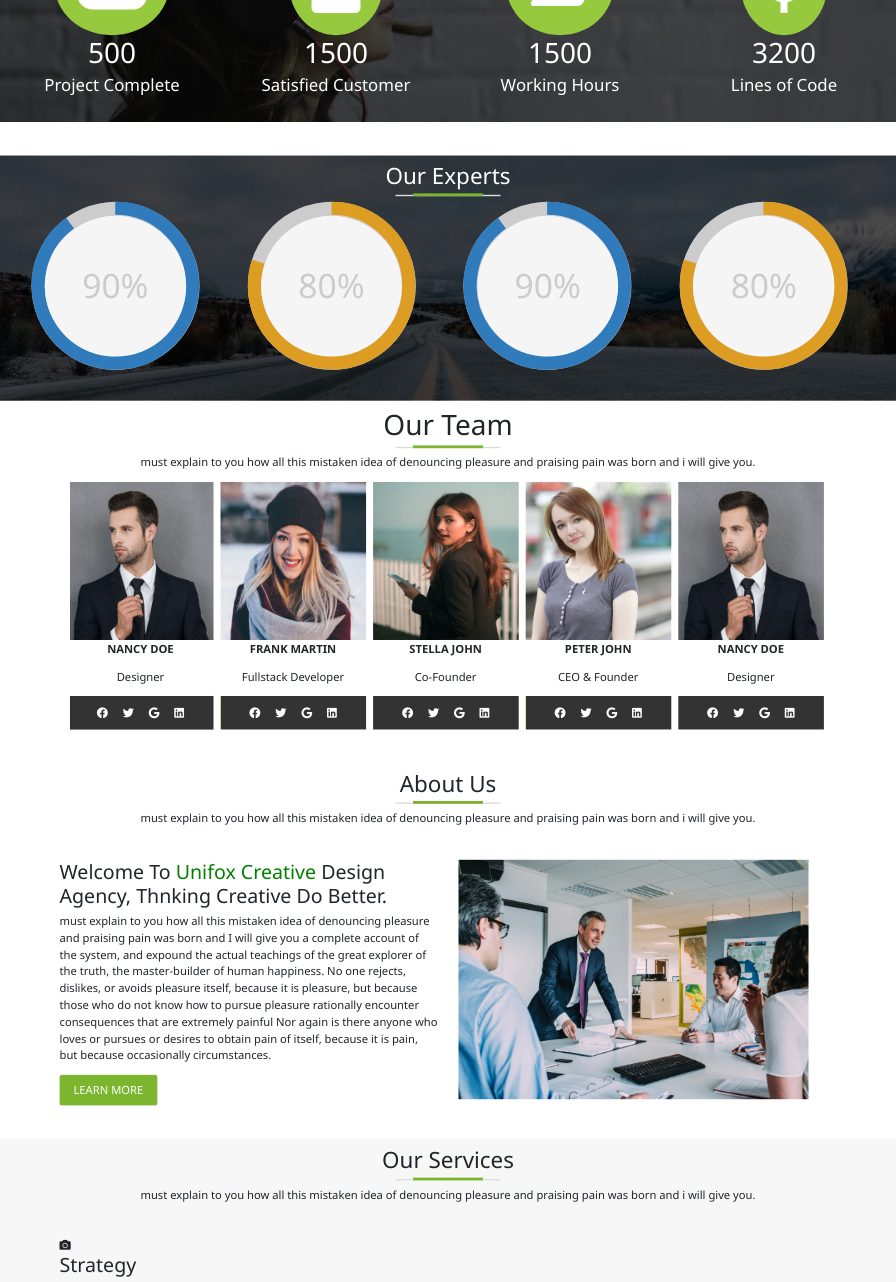
Repository: ibrkhalil/Uniforce-First-Attempt
Page: index.html
The author's editor kept a copy of each file at every save. The page is drawn from the files as they stood at one save, then again after the next save.
The browser window is 1280 px wide. The pictures show the part of the page from y = 845 to 2765 px (the page is 2677 px tall before and 2765 px after), at 70% of full size.
Backgrounds fixed to the window are drawn as part of the page.

Above is the page before, as saved 2021-01-24 02:42:04.

### index.html
<!DOCTYPE html>
<html lang="en">
  <head>
    <meta charset="UTF-8" />
    <link rel="stylesheet" href="./bootstrap.min.css" />
    <link rel="stylesheet" href="owl.carousel.css" />
    <link rel="preconnect" href="https://fonts.gstatic.com" />
    <link rel="stylesheet" href="./jquery-ui.css" />
    <link
      rel="stylesheet"
      href="https://use.fontawesome.com/releases/v5.15.2/css/all.css"
      integrity="sha384-vSIIfh2YWi9wW0r9iZe7RJPrKwp6bG+s9QZMoITbCckVJqGCCRhc+ccxNcdpHuYu"
      crossorigin="anonymous"
    />
    <link rel="stylesheet" href="./circle.css" />
    <link
      href="https://fonts.googleapis.com/css2?family=Open+Sans&display=swap"
      rel="stylesheet"
    />
    <link rel="stylesheet" href="style.css" />
    <meta name="viewport" content="width=device-width, initial-scale=1.0" />
    <title>Unifox</title>
  </head>

  <body>
    <div class="main-nav">
      <nav
        class="navbar navbar-expand-lg justify-content-around sticky-top navbar-fixed-top"
      >
        <!-- <div class="container"> -->
        <a class="navbar-brand" href="#"><h3 class="unifox">UNIFOX</h3></a>
        <button
          class="navbar-toggler"
          type="button"
          data-toggle="collapse"
          data-target="#navbarSupportedContent"
          aria-controls="navbarSupportedContent"
          aria-expanded="false"
          aria-label="Toggle navigation"
        >
          <span class="fa fa-bars fa-3x"></span>
        </button>
        <div class="">
          <div class="nav-items">
            <div class="collapse navbar-collapse" id="navbarSupportedContent">
              <ul class="navbar-nav mr-auto">
                <li class="item">
                  <a class="nav-link active" href="#">HOME</a>
                </li>
                <li class="nav-item"><a class="nav-link" href="#">ABOUT</a></li>
                <li class="nav-item">
                  <a class="nav-link" href="#">SERVICES</a>
                </li>
                <li class="nav-item">
                  <a class="nav-link" href="#">POROFOLIO</a>
                </li>
                <li class="nav-link"><a href="#">PRICES</a></li>
                <li class="nav-link"><a href="#">TEAM</a></li>
                <li class="nav-link"><a href="#">TESTIMONIALS</a></li>
                <li class="nav-link"><a href="#">BLOG</a></li>
                <li class="nav-link"><a href="#">CONTACT</a></li>
              </ul>
            </div>
          </div>
        </div>

        <!-- </div> -->
      </nav>

      <!-- nav end -->

      <div class="jumbotron">
        <h1 class="display-4 jumbo-main-text">
          <strong>Unifox Creative & Unique.</strong>
        </h1>
        <p class="lead jumbo-subtext">
          Unifox Denounce With Righteous Indignation And Dislike Men Who Are So
          Beguiled And Demoralized By The Charms Of Pleasure Of The Moment.
        </p>

        <div class="jumbo-btns">
          <p class="lead">
            <a class="btn jumbo-btn btn-primary btn-lg" href="#" role="button"
              >Download Now</a
            >
          </p>
          <p class="lead">
            <a class="btn jumbo-btn btn-primary btn-lg" href="#" role="button"
              >Discover More</a
            >
          </p>
        </div>
      </div>
      <!-- jumbotron end -->
      <!-- heading end -->
    </div>
    <div class="counting-number parallax">
      <div class="container-fluid">
        <div class="row">
          <div class="col-md-3">
            <i class="fa counting-icon fa-cloud fa-5x"></i>
            <h1 class="counter" data-count="500">0</h1>
            <h4>Project Complete</h4>
          </div>
          <div class="col-md-3">
            <i class="fa counting-icon fa-user fa-5x"></i>
            <h1 class="counter" data-count="1500">0</h1>
            <h4>Satisfied Customer</h4>
          </div>
          <div class="col-md-3">
            <i class="fa counting-icon fa-folder-open fa-5x"></i>
            <h1 class="counter" data-count="1500">0</h1>
            <h4>Working Hours</h4>
          </div>
          <div class="col-md-3">
            <i class="fa counting-icon fa-plug fa-5x"></i>
            <h1 class="counter" data-count="3200">0</h1>
            <h4>Lines of Code</h4>
          </div>
        </div>
      </div>
    </div>

    <br />
    <br />

    <!-- Counting number div -->
    <div class="our-experts-main">
      <h2 class="our-experts-word line">Our Experts</h2>

      <div class="our-experts">
        <div class="clearfix circular-icons">
          <div class="c100 p90 big blue">
            <span>90%</span>
            <div class="slice">
              <div class="bar"></div>
              <div class="fill"></div>
            </div>
          </div>
          <div class="c100 p80 big orange">
            <span>80%</span>
            <div class="slice">
              <div class="bar"></div>
              <div class="fill"></div>
            </div>
          </div>
          <div class="c100 p90 big blue">
            <span>90%</span>
            <div class="slice">
              <div class="bar"></div>
              <div class="fill"></div>
            </div>
          </div>

          <div class="c100 p80 big orange">
            <span>80%</span>
            <div class="slice">
              <div class="bar"></div>
              <div class="fill"></div>
            </div>
          </div>
        </div>
        <!-- /green -->

        <!-- orange -->
        <div class="clearfix"></div>
      </div>
    </div>

    <!-- experts end -->

    <div class="our-team">
      <div class="container">
        <div class="our-team-text">
          <h1 class="line">Our Team</h1>

          <p>
            must explain to you how all this mistaken idea of denouncing
            pleasure and praising pain was born and i will give you.
          </p>
        </div>
        <div class="top-content">
          <div class="container-fluid">
            <div class="owl-carousel owl-theme">
              <div class="item">
                <img
                  src="./images/1 (1).jpg"
                  class="img-fluid mx-auto d-block"
                  alt="img1"
                />
                <strong class="team-member-name">
                  <p>STELLA JOHN</p>
                </strong>
                <p>Co-Founder</p>
                <div class="social-media-icons" data-content="Link Hover">
                  <div
                    class="container d-flex justify-content-around align-items-center"
                  >
                    <i class="fab fa-facebook"></i>
                    <i class="fab fa-twitter"></i>
                    <i class="fab fa-google"></i>
                    <i class="fab fa-linkedin"></i>
                  </div>
                </div>
              </div>

              <div class="item">
                <img
                  src="./images/2 (1).jpg"
                  class="img-fluid mx-auto d-block"
                  alt="img2"
                />
                <strong class="team-member-name">
                  <p>PETER JOHN</p>
                </strong>
                <p>CEO & Founder</p>
                <div class="social-media-icons">
                  <div
                    class="container d-flex justify-content-around align-items-center"
                  >
                    <i class="fab fa-facebook"></i>
                    <i class="fab fa-twitter"></i>
                    <i class="fab fa-google"></i>
                    <i class="fab fa-linkedin"></i>
                  </div>
                </div>
              </div>

              <div class="item">
                <img
                  src="./images/3 (1).jpg"
                  class="img-fluid mx-auto d-block"
                  alt="img3"
                />
                <strong class="team-member-name">
                  <p>NANCY DOE</p>
                </strong>
                <p>Designer</p>
                <div class="social-media-icons">
                  <div
                    class="container d-flex justify-content-around align-items-center"
                  >
                    <i class="fab fa-facebook"></i>
                    <i class="fab fa-twitter"></i>
                    <i class="fab fa-google"></i>
                    <i class="fab fa-linkedin"></i>
                  </div>
                </div>
              </div>

              <div class="item">
                <img
                  src="./images/4.jpg"
                  class="img-fluid mx-auto d-block"
                  alt="img4"
                />
                <strong class="team-member-name">
                  <p>FRANK MARTIN</p>
                </strong>
                <p>Fullstack Developer</p>
                <div class="social-media-icons">
                  <div
                    class="container d-flex justify-content-around align-items-center"
                  >
                    <i class="fab fa-facebook"></i>
                    <i class="fab fa-twitter"></i>
                    <i class="fab fa-google"></i>
                    <i class="fab fa-linkedin"></i>
                  </div>
                </div>
              </div>
            </div>
          </div>
        </div>
      </div>
    </div>
        <section class="about-section my-5 green-bottom-border">
            <div class="container">
                <h2 class="line">About Us</h2>
                <p class="mb-5 aligny-center">must explain to you how all this mistaken idea of denouncing pleasure and praising pain was born and i will give you.</p>
                <div class="row">
                    <div class="col-md-6"><h3>Welcome To <span class="green-color">Unifox Creative</span> Design Agency, Thnking Creative Do Better.</h3><p>must explain to you how all this mistaken idea of denouncing pleasure and praising pain was born and I will give you a complete account of the system, and expound the actual teachings of the great explorer of the truth, the master-builder of human happiness. No one rejects, dislikes, or avoids pleasure itself, because it is pleasure, but because those who do not know how to pursue pleasure rationally encounter consequences that are extremely painful Nor again is there anyone who loves or pursues or desires to obtain pain of itself, because it is pain, but because occasionally circumstances.</p>
                    <a href="#" class="btn social-media-icons-invert">LEARN MORE</a>
                    </div>
                    <div class="col-md-6">
                        <img src="./about-bg.jpg" src="about" width="500px">
                    </div>
                </div>
            </div>
            </section>

            <section class="our-services">
                    <div class="container">

                        <h2 class="our-services-word line">
                            Our Services
                        </h2>
                        <p class="aligny-center mb-5">must explain to you how all this mistaken idea of denouncing pleasure and praising pain was born and i will give you.</p>
                        <div class="row">
                            <div class="col-md-4">
                                <i class="fas fa-camera"></i>
                                <h3>Strategy</h3>

                            </div>
                            <div class="col-md-4"></div>
                            <div class="col-md-4"></div>
                        </div>

                    </div>
            </section>



    <script src="./jquery.js"></script>
    <script src="./jquery-ui.js"></script>
    <script src="./owl.carousel.js"></script>
    <script src="./owl.autoplay.js"></script>
    <script src="./bootstrap.js"></script>
    <script src="./script.js"></script>
  </body>
</html>

### style.css
*{
    margin: 0;
    padding: 0;
}
body{
    font-family: 'Segoe UI', Tahoma, Geneva, Verdana, sans-serif;
}
.nav-items{
    display: flex;
    width: 100%;
    justify-content: space-between;
}

.main-nav h3{
    font-family: 'Open Sans', sans-serif;
    font-weight: bold;
    font-size: x-large;
}
.main-nav{
    transition: all 200ms;
    font-size: small;
    background: linear-gradient(to right, #96c93d, #00b09b);
    height: 100vh;
}
.main-nav a{
    text-decoration: none;
    color: white;
    border: none;
}
 .main-nav li, .main-nav h3 {
    margin-top: 1rem;
}
.circular-icons{
    display: flex;
    justify-content: space-between;
}
.jumbotron{
    text-align: center;
    margin-top: 5rem;
    color: white;
    background-color: transparent;
}
.jumbo-btn{
    background-color: #7CB62F;
}

.navbar-fixed-top a:hover{
    color: #3e3e3e;
}
.navbar-fixed-top.scrolled {
    width: 100vw;
    background-color: #fff !important;
    /* padding: 0.5rem 0; */
    /* transition: all 200ms ease; */

  }
/* .navbar-fixed-top.scrolled  a{
    color: black;

  } */
  .navbar-fixed-top.scrolled  a:hover{
    color: gray;

  }
.jumbo-btns{
    display: flex;
    justify-content: center;
}
.jumbo-subtext{

    margin: 2rem auto;
    width: 50%;
}
.jumbo-main-text{
font-weight: 400;
}
.jumbo-btns p{
   margin-right: 0.5rem;
}
.lead-btns a{
    display: flex;
    border: none;
}
.parallax {
    background-image: url("./fun_facts_bg.jpg");
    height: 300px;
    background-blend-mode: overlay;
    background-attachment: fixed;
    background-position: center;
    background-repeat: no-repeat;
    background-size: cover;
    background-color: rgba(0, 0, 0,0.7);
    color: white;
    text-align: center;
    display: flex;
    align-items: center;
  }
  .parallax img {
      height: 300px;
      object-fit: cover;
  }
  .counting-icon{
      padding: 2rem;
      background-color: #96c93d ;
      border-radius: 50%;
  }
.jumbo-btn:hover{
    transition: 1s;
    background-color: black;
}
.line{
    position: relative;
    text-align: center;
    padding: 10px 0;
}
.line::after , .line::before{
    content: "";
    width: 100px;
    height: 4px;
    position: absolute;
    background-color: #7CB62F;
    left: 50%;
    transform: translate(-50%,0);
    bottom: 0;
}
.line::before{
    height: 2px;
    background-color: #ddd;
    width: 150px;
}


.clearfix:before,.clearfix:after {content: " "; display: table;}
.clearfix:after {clear: both;}
.clearfix {*zoom: 1;}


.our-experts-main{
    background-image: url("./skill-bg.jpg");
    height: 350px;
    background-blend-mode: overlay;
    background-attachment: fixed;
    background-position: center;
    background-repeat: no-repeat;
    background-size: cover;
    background-color: rgba(0, 0, 0,0.7);
    color: white;
}
.our-experts-main:first-child{
    display: flex;
    justify-content: center;
}
.our-experts h2{
    display: block !important;
}
.our-team{
    text-align: center;
}
@media (min-width: 768px) and (max-width: 991px) {
    /* Show 4th slide on md if col-md-4*/
    .carousel-inner .active.col-md-4.carousel-item + .carousel-item + .carousel-item + .carousel-item {
        position: absolute;
        top: 0;
        right: -33.3333%;  /*change this with javascript in the future*/
        z-index: -1;
        display: block;
        visibility: visible;
    }
}
@media (min-width: 576px) and (max-width: 768px) {
    /* Show 3rd slide on sm if col-sm-6*/
    .carousel-inner .active.col-sm-6.carousel-item + .carousel-item + .carousel-item {
        position: absolute;
        top: 0;
        right: -50%;  /*change this with javascript in the future*/
        z-index: -1;
        display: block;
        visibility: visible;
    }
}
@media (min-width: 576px) {
    .carousel-item {
        margin-right: 0;
    }
    /* show 2 items */
    .carousel-inner .active + .carousel-item {
        display: block;
    }
    .carousel-inner .carousel-item.active:not(.carousel-item-right):not(.carousel-item-left),
    .carousel-inner .carousel-item.active:not(.carousel-item-right):not(.carousel-item-left) + .carousel-item {
        transition: none;
    }
    .carousel-inner .carousel-item-next {
        position: relative;
        transform: translate3d(0, 0, 0);
    }
    /* left or forward direction */
    .active.carousel-item-left + .carousel-item-next.carousel-item-left,
    .carousel-item-next.carousel-item-left + .carousel-item,
    .carousel-item-next.carousel-item-left + .carousel-item + .carousel-item {
        position: relative;
        transform: translate3d(-100%, 0, 0);
        visibility: visible;
    }
    /* farthest right hidden item must be also positioned for animations */
    .carousel-inner .carousel-item-prev.carousel-item-right {
        position: absolute;
        top: 0;
        left: 0;
        z-index: -1;
        display: block;
        visibility: visible;
    }
    /* right or prev direction */
    .active.carousel-item-right + .carousel-item-prev.carousel-item-right,
    .carousel-item-prev.carousel-item-right + .carousel-item,
    .carousel-item-prev.carousel-item-right + .carousel-item + .carousel-item {
        position: relative;
        transform: translate3d(100%, 0, 0);
        visibility: visible;
        display: block;
        visibility: visible;
    }
}
/* MD */
@media (min-width: 768px) {
    /* show 3rd of 3 item slide */
    .carousel-inner .active + .carousel-item + .carousel-item {
        display: block;
    }
    .carousel-inner .carousel-item.active:not(.carousel-item-right):not(.carousel-item-left) + .carousel-item + .carousel-item {
        transition: none;
    }
    .carousel-inner .carousel-item-next {
        position: relative;
        transform: translate3d(0, 0, 0);
    }
    /* left or forward direction */
    .carousel-item-next.carousel-item-left + .carousel-item + .carousel-item + .carousel-item {
        position: relative;
        transform: translate3d(-100%, 0, 0);
        visibility: visible;
    }
    /* right or prev direction */
    .carousel-item-prev.carousel-item-right + .carousel-item + .carousel-item + .carousel-item {
        position: relative;
        transform: translate3d(100%, 0, 0);
        visibility: visible;
        display: block;
        visibility: visible;
    }
}
/* LG */
@media (min-width: 991px) {
    /* show 4th item */
    .carousel-inner .active + .carousel-item + .carousel-item + .carousel-item {
        display: block;
    }
    .carousel-inner .carousel-item.active:not(.carousel-item-right):not(.carousel-item-left) + .carousel-item + .carousel-item + .carousel-item {
        transition: none;
    }
    /* Show 5th slide on lg if col-lg-3 */
    .carousel-inner .active.col-lg-3.carousel-item + .carousel-item + .carousel-item + .carousel-item + .carousel-item {
        position: absolute;
        top: 0;
        right: -25%;  /*change this with javascript in the future*/
        z-index: -1;
        display: block;
        visibility: visible;
    }
    /* left or forward direction */
    .carousel-item-next.carousel-item-left + .carousel-item + .carousel-item + .carousel-item + .carousel-item {
        position: relative;
        transform: translate3d(-100%, 0, 0);
        visibility: visible;
    }
    /* right or prev direction //t - previous slide direction last item animation fix */
    .carousel-item-prev.carousel-item-right + .carousel-item + .carousel-item + .carousel-item + .carousel-item {
        position: relative;
        transform: translate3d(100%, 0, 0);
        visibility: visible;
        display: block;
        visibility: visible;
    }
}
.social-media-icons{
    color: white;
    padding: 1rem;
    /* background: red; */
    background: linear-gradient(to left, #333 50%, #7CB62F 50%) right;
    background-size: 200%;
    transition: 1s ease;
}
.social-media-icons:hover{
    background-position:left;
}
.social-media-icons i{
    cursor: pointer;
}
.social-media-icons-invert{
    color: white;
    padding: 1rem;
    background: linear-gradient(to left, #7CB62F 50%, #333 50%) right;
    background-size: 200%;
    transition: 1s ease;
}
.social-media-icons-invert:hover{
    background-position:left;
}

.aligny-center{
    text-align: center;
}
.green-color{
    color: green;
}
.about-section a{
    padding: 10px 20px;
    border: none;
    background-color: #7CB62F;
    color: white;
}
.our-services{
    background-color: #F7F7F7;
}


.social-media-icons .fab:hover{
    transition: 1s;
    color: gold;
}
.carousel-item:nth-child(2){
    margin-bottom: 1rem;
}

@media screen and (max-width: 768px){
    /* .navbar-nav{ */
        .navbody{
        display: none;
        justify-content: center;
        width: 100vw;
        /* float: right; */
    }
}

Loaded but not shown: bootstrap.min.css (library); owl.carousel.css (library); jquery-ui.css (library); jquery.js (library); jquery-ui.js (library); owl.carousel.js (library); owl.autoplay.js (library); bootstrap.js (library); script.js (88 lines, source omitted); circle.css (879 lines, source omitted)

After the next save:
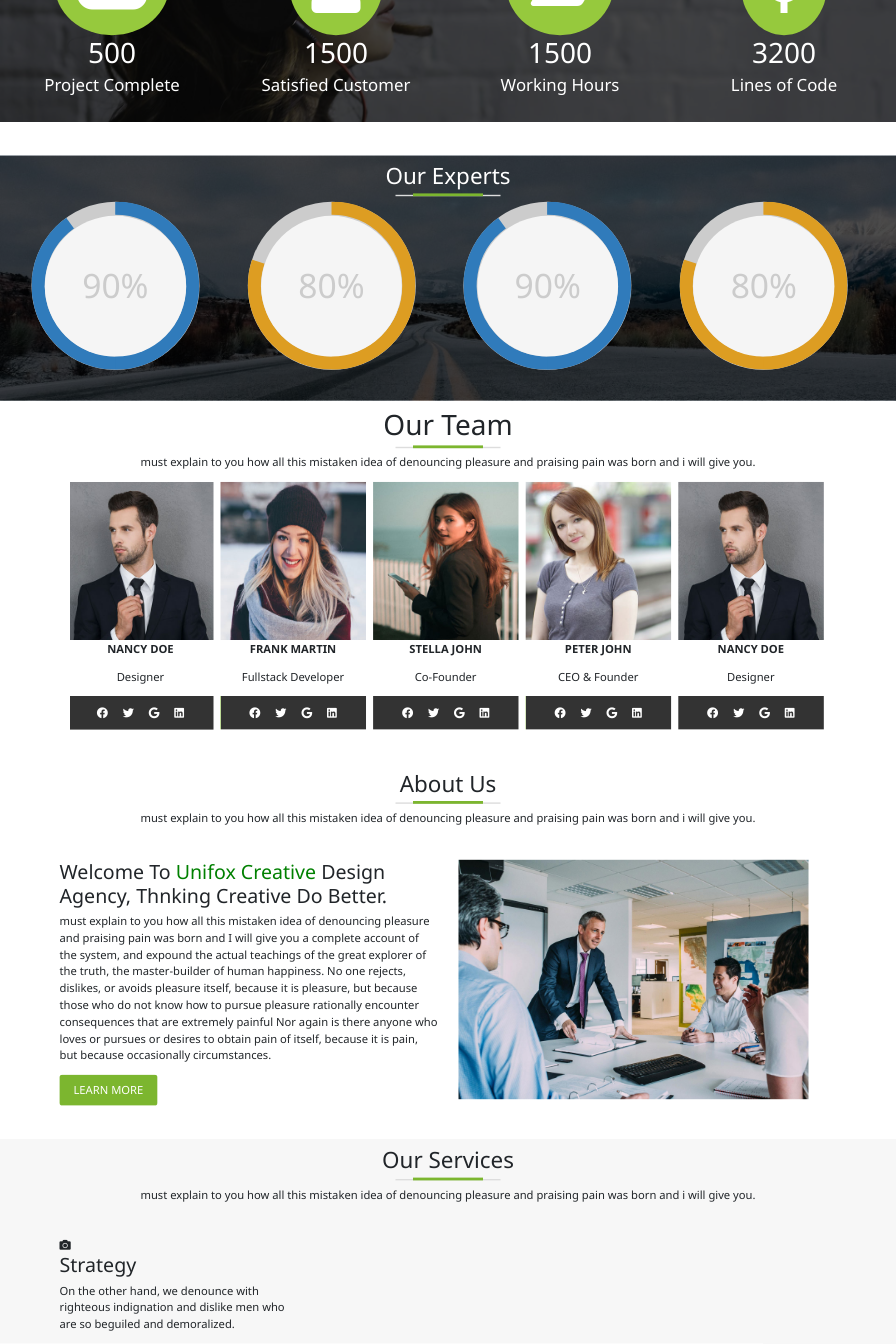
Saved 5 s later.
--- a/index.html
+++ b/index.html
@@ -300,7 +300,7 @@
                             <div class="col-md-4">
                                 <i class="fas fa-camera"></i>
                                 <h3>Strategy</h3>
-
+                                <p>On the other hand, we denounce with righteous indignation and dislike men who are so beguiled and demoralized.</p>
                             </div>
                             <div class="col-md-4"></div>
                             <div class="col-md-4"></div>
